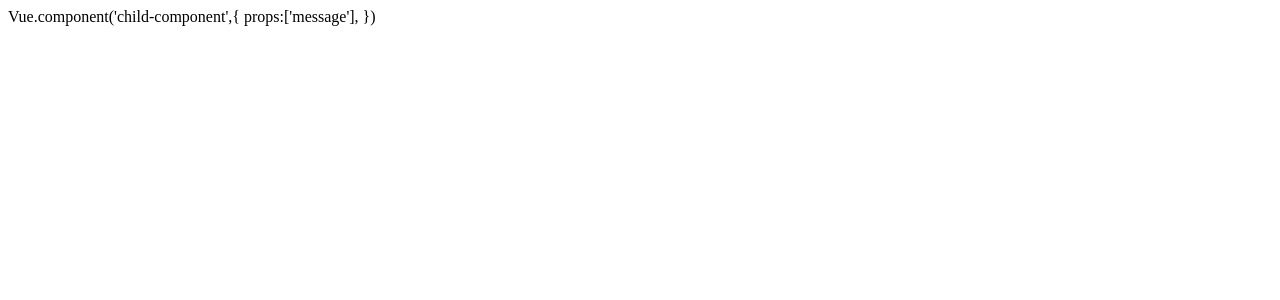
Repository: pawvan/amazonui
Page: 1.html
The author's editor kept a copy of each file at every save. The page is drawn from the files as they stood at one save, then again after the next save.
The browser window is 1280 px wide. The pictures show the whole page.

Above is the page before, as saved 2025-01-01 14:17:12.

### 1.html
Vue.component('child-component',{
    props:['message'],

})

After the next save:
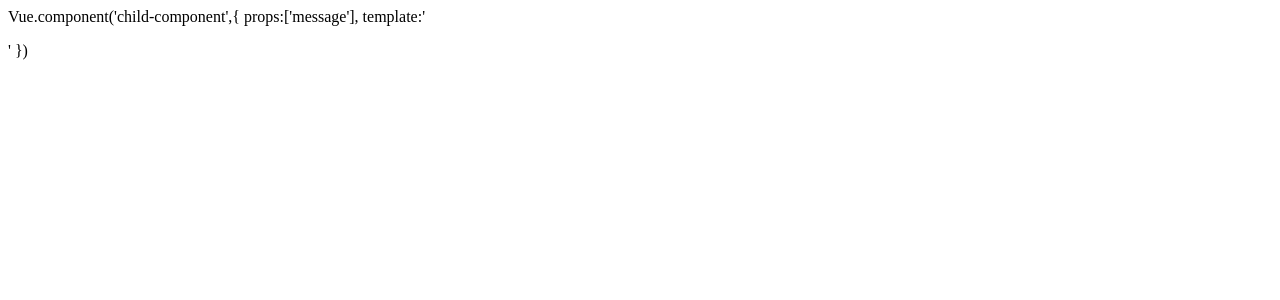
Saved 8 s later.
--- a/1.html
+++ b/1.html
@@ -1,4 +1,4 @@
 Vue.component('child-component',{
     props:['message'],
-
+    template:'<p></p>'
 })
